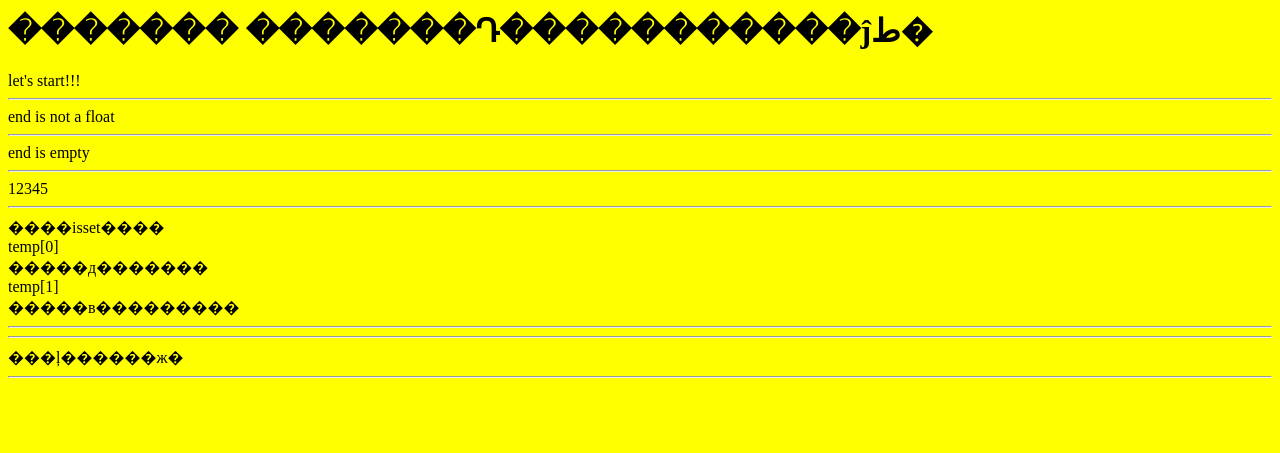
Repository: hanliyao/HelloWorld
Page: http://localhost/core/Common/testUnit.php
An editor plug-in stored every save of this project. The page is shown before and after the next save, followed by the edit.
The browser window is 1280 px wide. The pictures show the whole page.
The page is run by PHP 8.4 with error messages shown; the project is at /var/www/html/.

Above is the page before, as saved 2016-02-05 02:35:48.

After the next save:
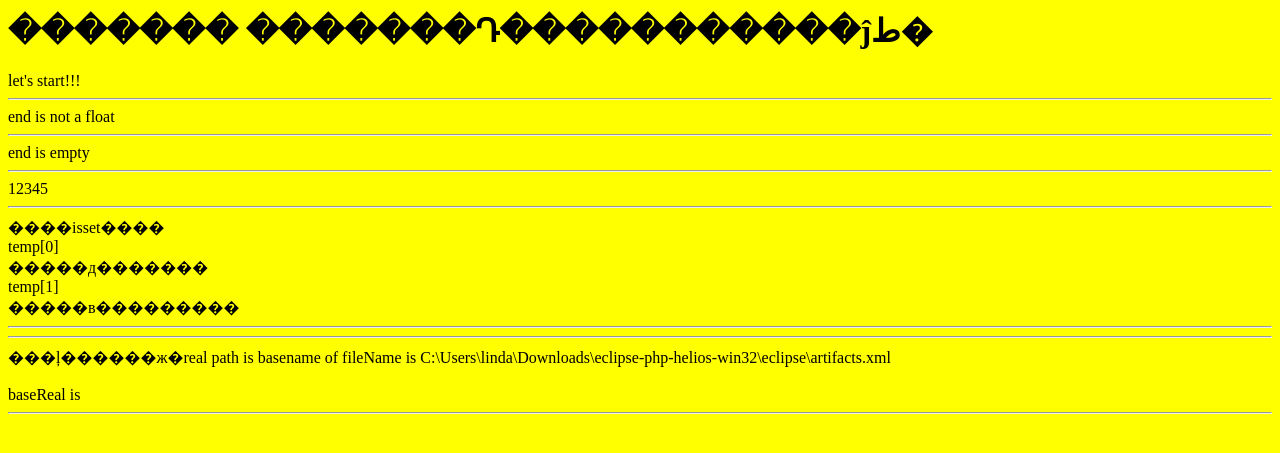
Saved 2 min 19 s later.
--- a/HelloWorld/core/Common/testUnit.php
+++ b/HelloWorld/core/Common/testUnit.php
@@ -66,7 +66,11 @@
            echo "뚤匡숭鱗놔털뙤";
            $fileName = "C:\\Users\\linda\\Downloads\\eclipse-php-helios-win32\\eclipse\\artifacts.xml<br>";
            $reapath = realpath($fileName);
-           echo $reapath;
+           echo "real path is ".$reapath;
+           $base = basename($fileName);
+           echo "basename of fileName is $base<br>";
+           $baseReal = basename($reapath);
+           echo  "baseReal is $baseReal<br>";
            echo "<hr>";
 
            ?>
